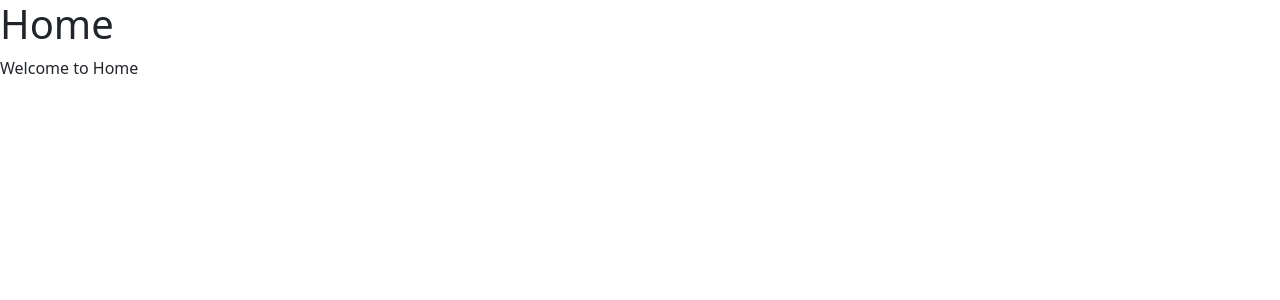
Repository: BlessingAjiboye/WEEK3DEP
Page: http://localhost/
The author's editor kept a copy of each file at every save. The page is drawn from the files as they stood at one save, then again after the next save.
The browser window is 1280 px wide. The pictures show the whole page.
The page is served by the project's Node server (server.js). Other server files are loaded and not shown.

Above is the page before, as saved 2022-09-20 12:33:12.

### views/index.ejs
<!DOCTYPE html>
<html lang="en">
<head>
  <meta charset="UTF-8">
  <meta http-equiv="X-UA-Compatible" content="IE=edge">
  <meta name="viewport" content="width=device-width, initial-scale=1.0">
  <title><%= title %></title>
  <!--css section-->
  <link rel="stylesheet"href="/bootstrap/dist/css/bootstrap.min.css"/>
  <link rel="stylesheet"href="@fortawesome/fontawesome-free/css/all.min.css"/>
  <link rel='stylesheet' href='/Content/app.css' />
</head>
<body>
  <h1><%= title %></h1>
  <p>Welcome to <%= title %></p>

  <!--Script section-->
  <script src="/jquery/dist/jquery.min.js"></script>
  <script src="/bootstrap/dist/js/bootstrap.min.js"></script>
  <script src="/Scripts/app.js"></script>
</body>
</html>

### server.js
#!/usr/bin/env node

/**
 * Module dependencies.
 */

var app = require('./app');
var debug = require('debug')('week344:server');
var http = require('http');

/**
 * Get port from environment and store in Express.
 */

var port = normalizePort(process.env.PORT || '3000');
app.set('port', port);

/**
 * Create HTTP server.
 */

var server = http.createServer(app);

/**
 * Listen on provided port, on all network interfaces.
 */

server.listen(port);
server.on('error', onError);
server.on('listening', onListening);

/**
 * Normalize a port into a number, string, or false.
 */

function normalizePort(val) {
  var port = parseInt(val, 10);

  if (isNaN(port)) {
    // named pipe
    return val;
  }

  if (port >= 0) {
    // port number
    return port;
  }

  return false;
}

/**
 * Event listener for HTTP server "error" event.
 */

function onError(error) {
  if (error.syscall !== 'listen') {
    throw error;
  }

  var bind = typeof port === 'string'
    ? 'Pipe ' + port
    : 'Port ' + port;

  // handle specific listen errors with friendly messages
  switch (error.code) {
    case 'EACCES':
      console.error(bind + ' requires elevated privileges');
      process.exit(1);
      break;
    case 'EADDRINUSE':
      console.error(bind + ' is already in use');
      process.exit(1);
      break;
    default:
      throw error;
  }
}

/**
 * Event listener for HTTP server "listening" event.
 */

function onListening() {
  var addr = server.address();
  var bind = typeof addr === 'string'
    ? 'pipe ' + addr
    : 'port ' + addr.port;
  debug('Listening on ' + bind);
}

### routes/index.js
var express = require('express');
var router = express.Router();

/* GET home page. */
router.get('/', function(req, res, next) {
  res.render('index', { title: 'Home' });
});

router.get('/home', function(req, res, next) {
  res.render('index', { title: 'Home' });
});
router.get('/about', function(req, res, next) {
  res.render('index', { title: 'About' });
});

router.get('/Products', function(req, res, next) {
  res.render('index', { title: 'Products' });
});

router.get('/Services', function(req, res, next) {
  res.render('index', { title: 'Services' });
});

router.get('/Contact', function(req, res, next) {
  res.render('index', { title: 'Contact' });
});
module.exports = router;

### app.js
var createError = require('http-errors');
var express = require('express');
var path = require('path');
var cookieParser = require('cookie-parser');
var logger = require('morgan');

var indexRouter = require('./routes/index');
var usersRouter = require('./routes/users');

var app = express();

// view engine setup
app.set('views', path.join(__dirname, 'views'));
app.set('view engine', 'ejs');

app.use(logger('dev'));
app.use(express.json());
app.use(express.urlencoded({ extended: false }));
app.use(cookieParser());
app.use(express.static(path.join(__dirname, 'public')));
app.use(express.static(path.join(__dirname, 'node_modules')));
app.use('/', indexRouter);
app.use('/users', usersRouter);

// catch 404 and forward to error handler
app.use(function(req, res, next) {
  next(createError(404));
});

// error handler
app.use(function(err, req, res, next) {
  // set locals, only providing error in development
  res.locals.message = err.message;
  res.locals.error = req.app.get('env') === 'development' ? err : {};

  // render the error page
  res.status(err.status || 500);
  res.render('error');
});

module.exports = app;

### public/Content/app.css
/* custom css goes here*/

### public/Scripts/app.js
(function(){
    function start()
    {
        console.log("App started...");
    }
    window.addEventListener("load",start);
})();

After the next save:
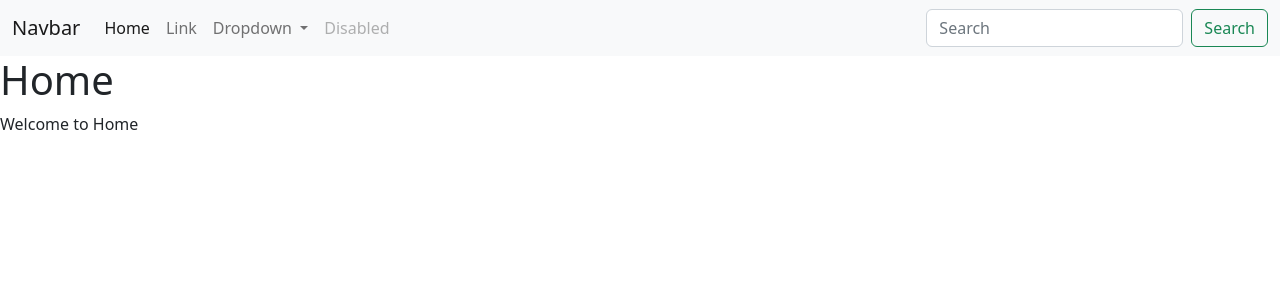
Saved 6 min 21 s later.
--- a/views/index.ejs
+++ b/views/index.ejs
@@ -11,6 +11,42 @@
   <link rel='stylesheet' href='/Content/app.css' />
 </head>
 <body>
+  <nav class="navbar navbar-expand-lg bg-light">
+    <div class="container-fluid">
+      <a class="navbar-brand" href="#">Navbar</a>
+      <button class="navbar-toggler" type="button" data-bs-toggle="collapse" data-bs-target="#navbarSupportedContent" aria-controls="navbarSupportedContent" aria-expanded="false" aria-label="Toggle navigation">
+        <span class="navbar-toggler-icon"></span>
+      </button>
+      <div class="collapse navbar-collapse" id="navbarSupportedContent">
+        <ul class="navbar-nav me-auto mb-2 mb-lg-0">
+          <li class="nav-item">
+            <a class="nav-link active" aria-current="page" href="#">Home</a>
+          </li>
+          <li class="nav-item">
+            <a class="nav-link" href="#">Link</a>
+          </li>
+          <li class="nav-item dropdown">
+            <a class="nav-link dropdown-toggle" href="#" role="button" data-bs-toggle="dropdown" aria-expanded="false">
+              Dropdown
+            </a>
+            <ul class="dropdown-menu">
+              <li><a class="dropdown-item" href="#">Action</a></li>
+              <li><a class="dropdown-item" href="#">Another action</a></li>
+              <li><hr class="dropdown-divider"></li>
+              <li><a class="dropdown-item" href="#">Something else here</a></li>
+            </ul>
+          </li>
+          <li class="nav-item">
+            <a class="nav-link disabled">Disabled</a>
+          </li>
+        </ul>
+        <form class="d-flex" role="search">
+          <input class="form-control me-2" type="search" placeholder="Search" aria-label="Search">
+          <button class="btn btn-outline-success" type="submit">Search</button>
+        </form>
+      </div>
+    </div>
+  </nav>
   <h1><%= title %></h1>
   <p>Welcome to <%= title %></p>
 
